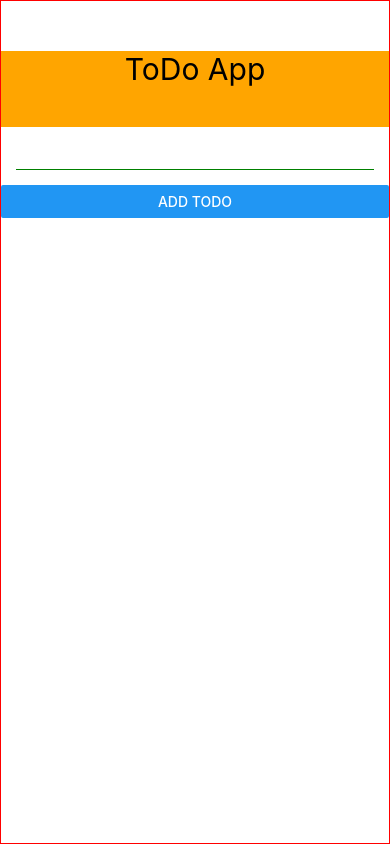
Repository: Ducbii4202/React-Native
Screen: /
An editor plug-in stored every save of this project. The screen is shown before and after the next save, followed by the edit.
The app was drawn by React Native's web renderer in a window 390 px wide. The project was rebuilt for these pictures with package versions that can differ from the ones it lists, and the page was loaded fresh each time.

Above is the screen before, as saved 2024-09-19 19:56:04.

After the next save:
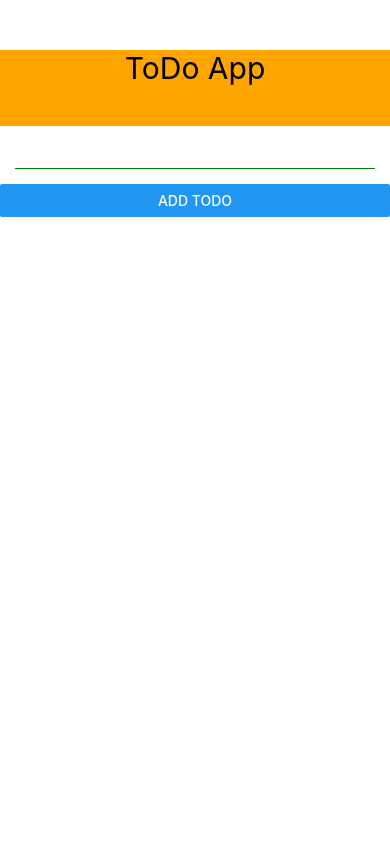
Saved 75 s later.
--- a/App.tsx
+++ b/App.tsx
@@ -97,8 +97,6 @@ const styles = StyleSheet.create({
     flex: 1,
     backgroundColor: '#fff',
     paddingTop: 50,
-    borderWidth: 1,
-    borderColor: 'red',
   },
   header: {
     backgroundColor: 'orange',
